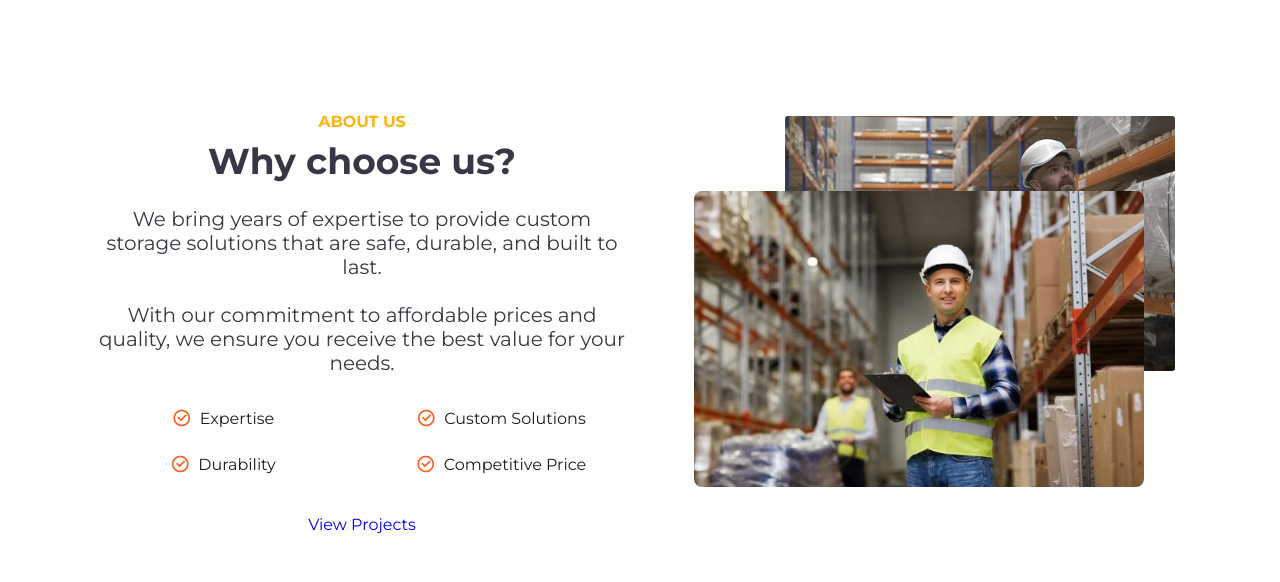
Repository: jahatesu/shelves-and-storage-equipment
Page: index.html
These files come from the project's save history. The page is drawn as it stood at one moment and after a run of saves; the edit follows.
The browser window is 1280 px wide. The pictures show the part of the page from y = 720 to 1307 px (the page is 1302 px tall before and 1307 px after).
Backgrounds fixed to the window are drawn as part of the page. Some web fonts or font styles are not loaded; a fallback is used.

Above is the page before, as saved 2025-01-08 16:36:13.
Console error: TypeError: Cannot read properties of null (reading 'querySelector')

After the next 2 saves:
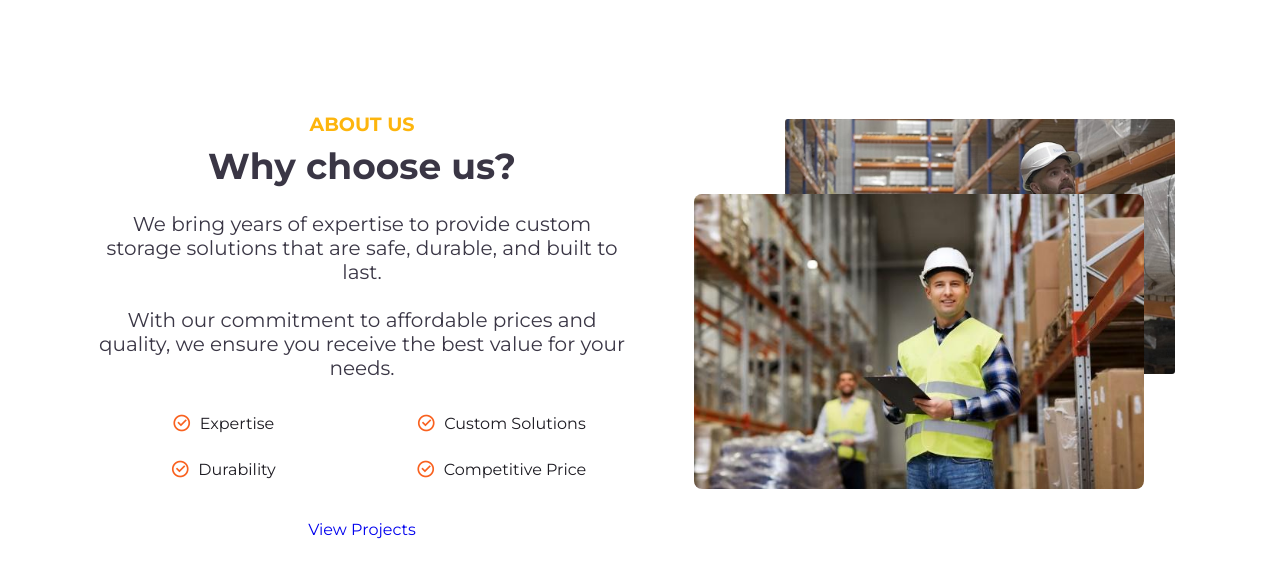
The 2 saves are shown as one change because they came seconds apart.
The last was saved 3 min 27 s later.
--- a/style.css
+++ b/style.css
@@ -203,7 +203,7 @@ body html{
 .section_subtitle {
     display: block;
     text-align: center;
-    font-size: var(--normal-font-size);
+    font-size: 1.2rem;
     font-weight: var(--font-bold);
     color: var(--second-color);
     margin-bottom: .5rem;
